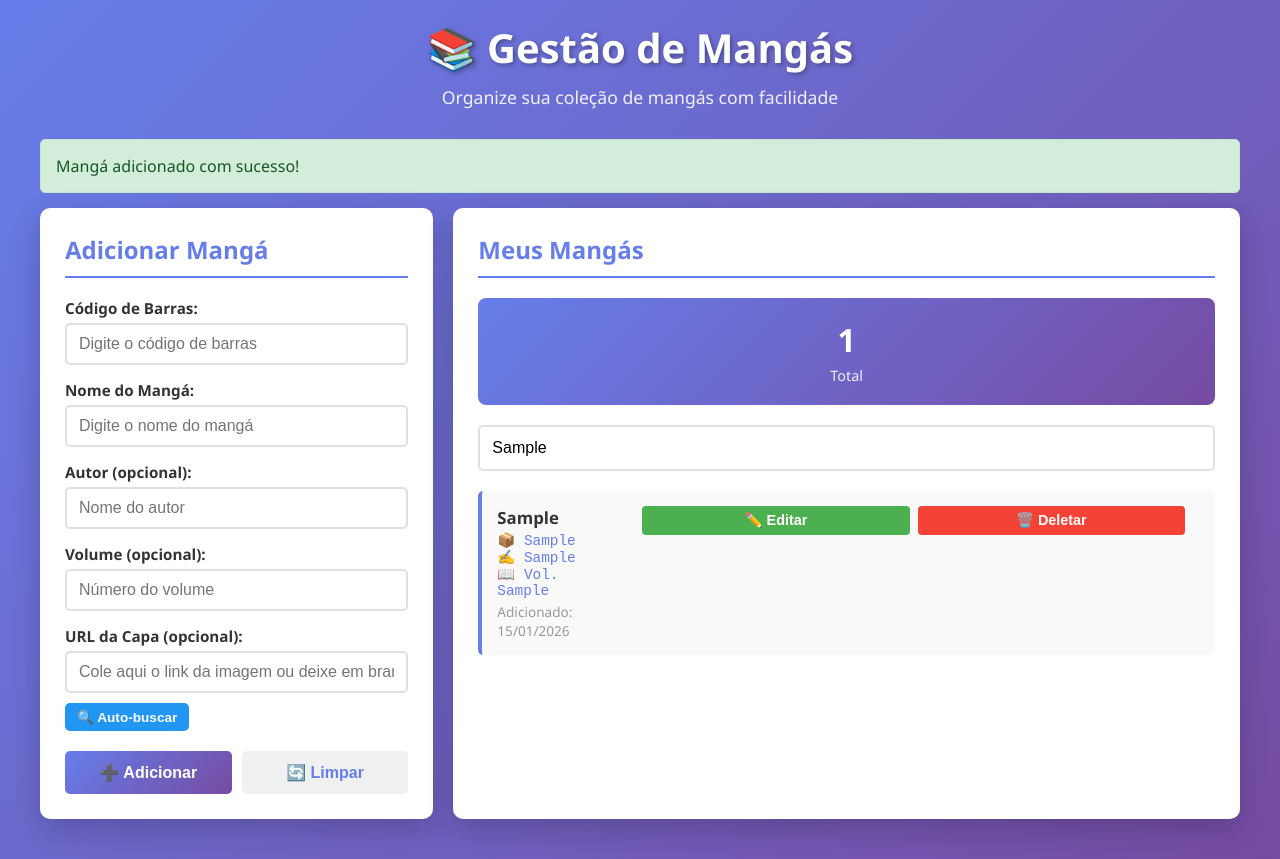
Repository: galzgames/manga
Page: !index.html
An editor plug-in stored every save of this project. The page is shown before and after the next save, followed by the edit.
The browser window is 1280 px wide. The pictures show the whole page.
Empty fields were first filled with sample values (such as "Sample", 5 or name@example.com).
After loading, the first visible `#manga-form` was submitted once.
Pictures or frames that could not be fetched are drawn as grey boxes.

Above is the page before, as saved 2026-01-15 11:07:26.

After the next save:
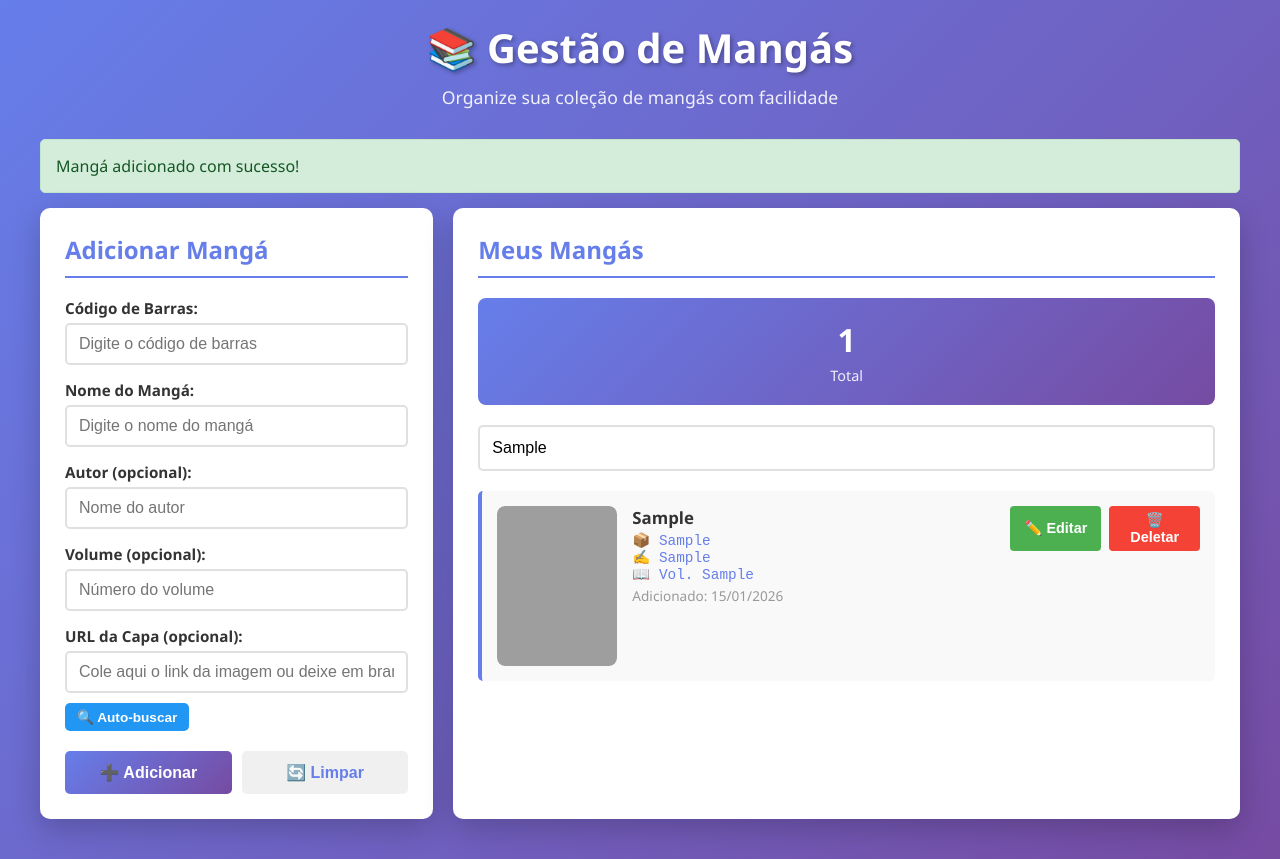
Saved 5 s later.
--- a/!index.html
+++ b/!index.html
@@ -662,6 +662,9 @@
 
             list.innerHTML = toRender.map((manga, index) => `
                 <div class="manga-item">
+                    <div class="manga-cover">
+                        ${manga.capa ? `<img src="${escapeHtml(manga.capa)}" alt="${escapeHtml(manga.nome)}" onerror="this.parentElement.textContent='📚'">` : '📚'}
+                    </div>
                     <div class="manga-info">
                         <div class="manga-name">${escapeHtml(manga.nome)}</div>
                         <div class="manga-code">📦 ${escapeHtml(manga.codigo)}</div>
